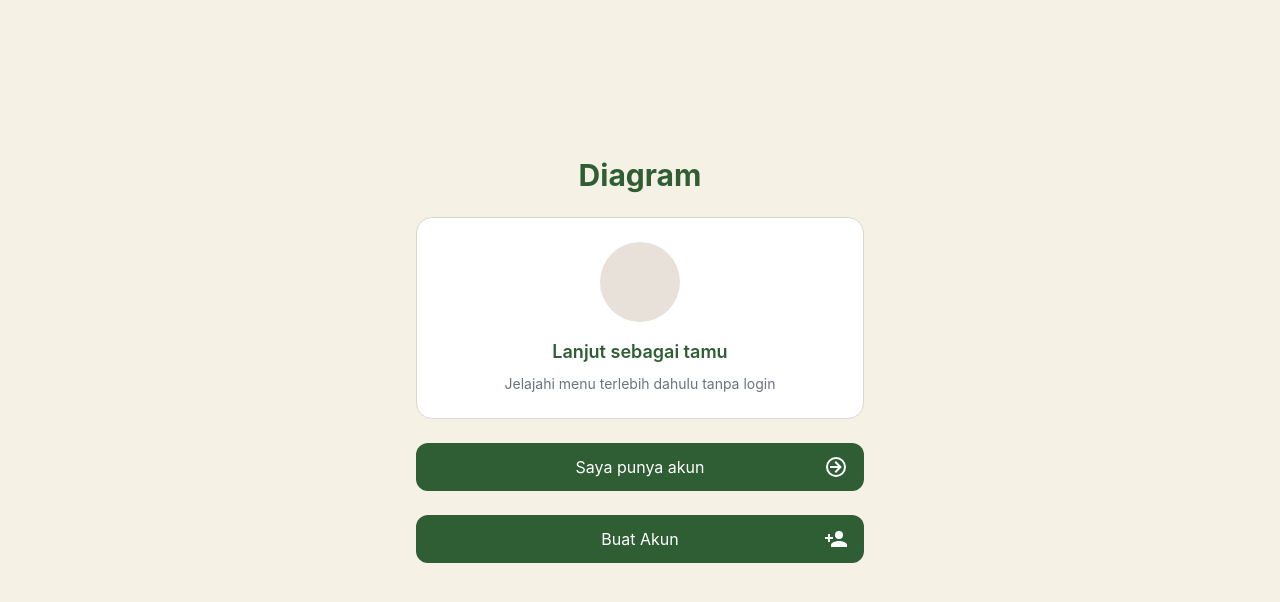
Repository: PajarAland/DiagramCoffee
Page: /
These files come from the project's save history. The page is drawn as it stood at one moment and after the next save; the edit follows.
The browser window is 1280 px wide. The pictures show the whole page.
The page's requests for data from a server got no answer. The project was rebuilt for these pictures with package versions that can differ from the ones it lists, and the page was loaded fresh each time. Some packages were replaced by stand-ins written for this rebuild. No one was signed in, and anything a server would have sent is missing. Also part of the build but not shown: vite.config.js, src/pages/Login.jsx, src/pages/Register.jsx, src/pages/Home.jsx, src/auth/ProtectedRoute.jsx.

Above is the page before, as saved 2026-04-26 17:39:28.

After the next save:
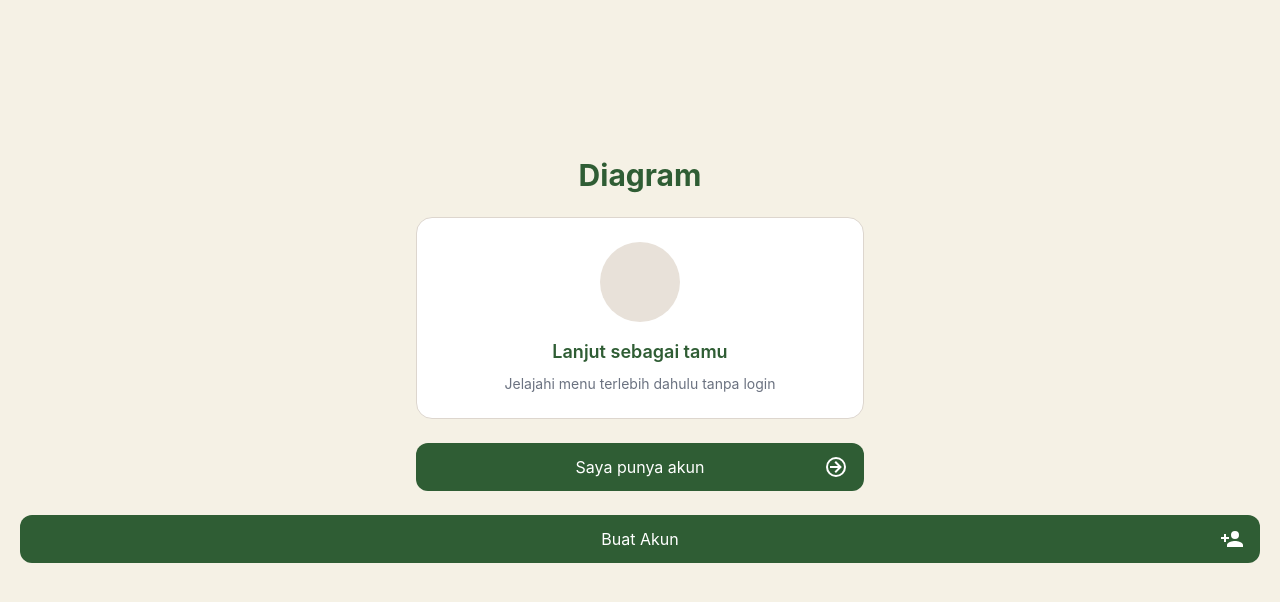
Saved 65 s later.
--- a/src/pages/Landing.jsx
+++ b/src/pages/Landing.jsx
@@ -48,7 +48,7 @@
 
       <button
         onClick={() => navigate("/register")}
-        className="mt-6 w-full max-w-md bg-[#2F5D34] text-white py-3 rounded-xl relative flex items-center justify-center"
+        className="mt-6 w-full max-w-10/12 bg-[#2F5D34] text-white py-3 rounded-xl relative flex items-center justify-center"
       >
         <span className="text-center">Buat Akun</span>
 

After the save that followed:
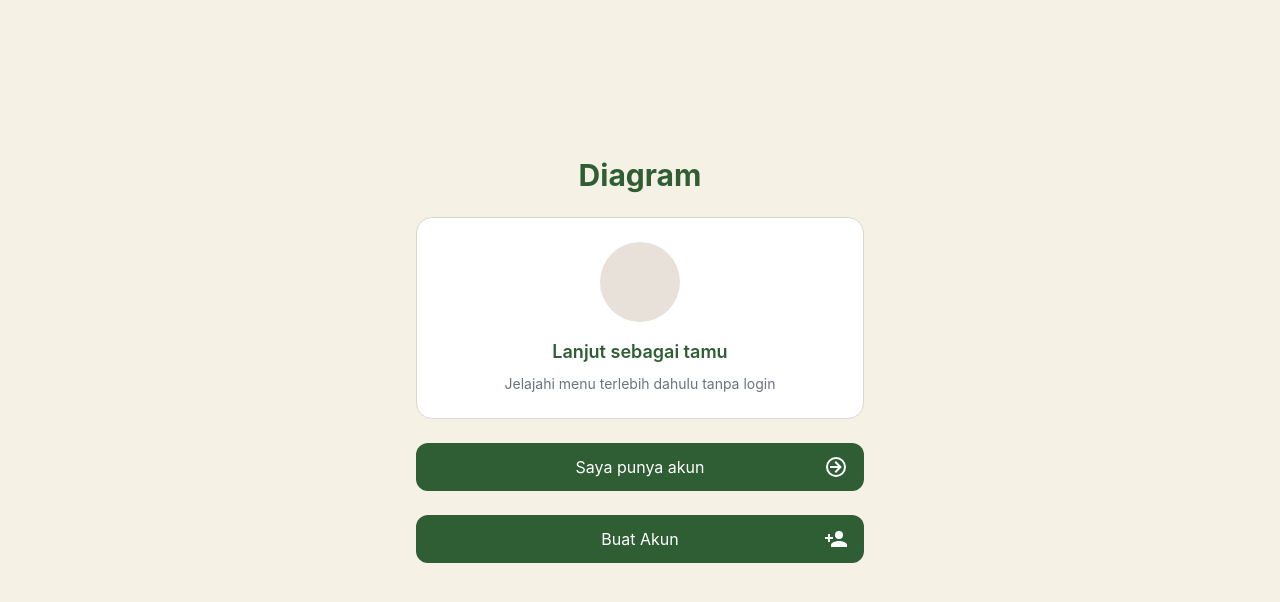
Saved 31 s later.
--- a/src/pages/Landing.jsx
+++ b/src/pages/Landing.jsx
@@ -48,7 +48,7 @@
 
       <button
         onClick={() => navigate("/register")}
-        className="mt-6 w-full max-w-10/12 bg-[#2F5D34] text-white py-3 rounded-xl relative flex items-center justify-center"
+        className="mt-6 w-full max-w-md bg-[#2F5D34] text-white py-3 rounded-xl relative flex items-center justify-center"
       >
         <span className="text-center">Buat Akun</span>
 
